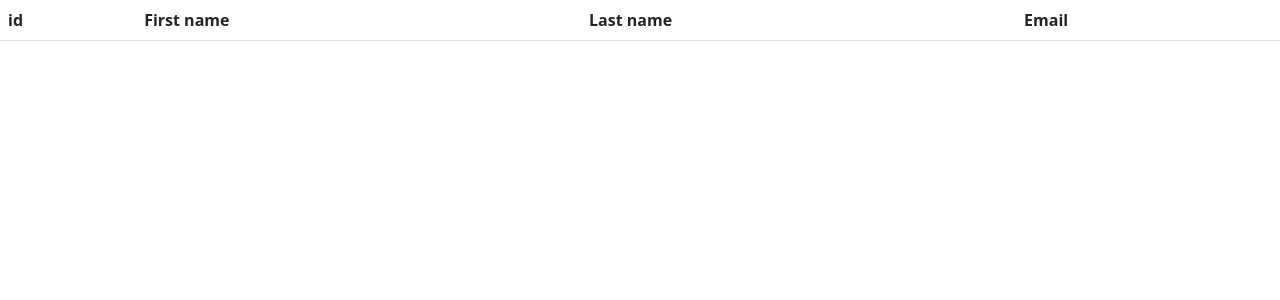
Repository: vedang03/servlet-jsp
Page: http://localhost/11-student-mvc/StudentServlet
The author's editor kept a copy of each file at every save. The page is drawn from the files as they stood at one save, then again after the next save.
The browser window is 1280 px wide. The pictures show the whole page.
The page is served by Tomcat 9. Other server files are loaded and not shown. Queries for data that is not in the repository find no rows.

Above is the page before, as saved 2023-10-17 05:38:59.

### 11-student-mvc/WebContent/index.jsp
<%@ page language="java" contentType="text/html; charset=ISO-8859-1"
    pageEncoding="ISO-8859-1"%>
<%@ taglib uri="http://java.sun.com/jsp/jstl/core" prefix="c" %>
<!DOCTYPE html>
<html>
<head>
<meta charset="ISO-8859-1">
<title>Insert title here</title>
</head>
<link
	href="https://cdn.jsdelivr.net/npm/bootstrap@5.0.2/dist/css/bootstrap.min.css"
	rel="stylesheet"
	integrity="sha384-EVSTQN3/azprG1Anm3QDgpJLIm9Nao0Yz1ztcQTwFspd3yD65VohhpuuCOmLASjC"
	crossorigin="anonymous">
<script
	src="https://cdn.jsdelivr.net/npm/bootstrap@5.0.2/dist/js/bootstrap.bundle.min.js"
	integrity="sha384-MrcW6ZMFYlzcLA8Nl+NtUVF0sA7MsXsP1UyJoMp4YLEuNSfAP+JcXn/tWtIaxVXM"
	crossorigin="anonymous"></script>
<body>
<table class="table table-striped">
<thead>
<tr>
<th>id</th>
<th>First name</th>
<th>Last name</th>
<th>Email</th>
</tr>
</thead>

<c:forEach var="allStudents" items="${allNewStudents}">
<tr>
<td>${allStudents.id}</td>
<td>${allStudents.firstName}</td>
<td>${allStudents.lastName}</td>
<td>${allStudents.email}</td>
</tr>
</c:forEach>

</table>
</body>
</html>

### 11-student-mvc/src/com/aurionpro/controller/StudentController.java
package com.aurionpro.controller;

import java.io.IOException;
import java.util.List;

import javax.annotation.Resource;
import javax.servlet.RequestDispatcher;
import javax.servlet.ServletException;
import javax.servlet.annotation.WebServlet;
import javax.servlet.http.HttpServlet;
import javax.servlet.http.HttpServletRequest;
import javax.servlet.http.HttpServletResponse;
import javax.sql.DataSource;

import com.aurionpro.jdbc.StudentDbUtil;
import com.aurionpro.model.Student;


/**
 * Servlet implementation class StudentServlet
 */
@WebServlet("/StudentServlet")
public class StudentController extends HttpServlet {
	 @Resource(name="jdbc/student-source")
	    private DataSource dataSource;
	  private StudentDbUtil dbUtil;


	@Override
	public void init() throws ServletException {
		// TODO Auto-generated method stub
		super.init();
		dbUtil = new StudentDbUtil(dataSource);
	}

	/**
     * @see HttpServlet#HttpServlet()
     */
    public StudentController() {
        super();
        // TODO Auto-generated constructor stub
    }

	protected void doGet(HttpServletRequest request, HttpServletResponse response) throws ServletException, IOException {
		RequestDispatcher dispatcher = request.getRequestDispatcher("/index.jsp");
		List<Student>allStudents = dbUtil.getAllStudents();
		request.setAttribute("allNewStudents",allStudents );
		dispatcher.forward(request, response);
//		for(Student x : allStudents) {
//			System.out.println(x);
//		}

	}






}

After the next save:
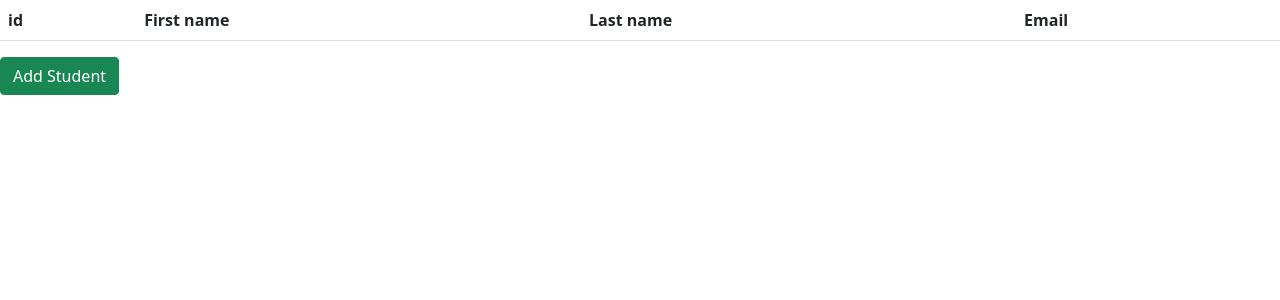
Saved 117 s later.
--- a/11-student-mvc/WebContent/index.jsp
+++ b/11-student-mvc/WebContent/index.jsp
@@ -37,5 +37,6 @@
 </c:forEach>
 
 </table>
+<a href="addStudent.jsp" class="btn btn-success">Add Student</a>
 </body>
 </html>
